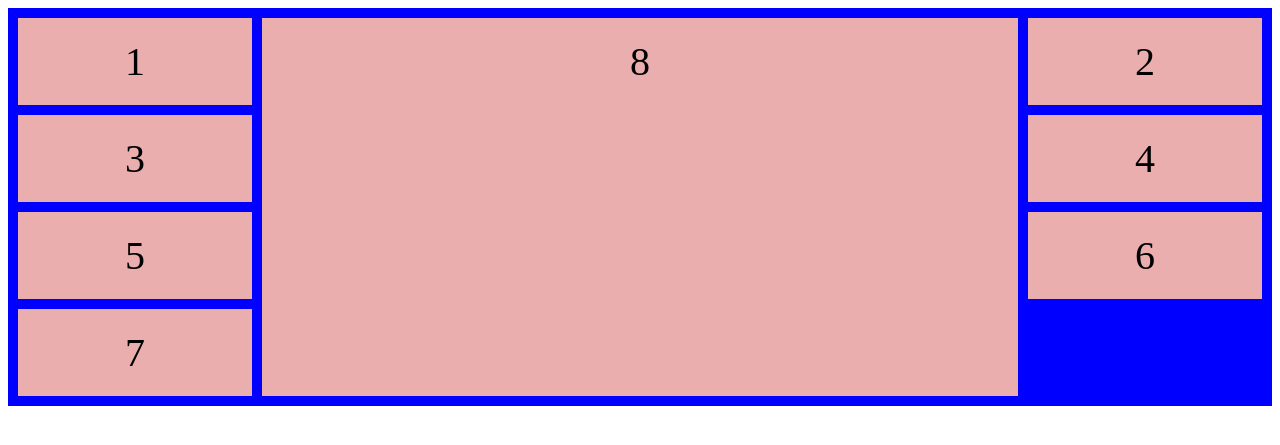
Repository: Thonghehe/Lab2_Web106
Page: Buoi2/index24.html
An editor plug-in stored every save of this project. The page is shown before and after the next save, followed by the edit.
The browser window is 1280 px wide. The pictures show the whole page.

Above is the page before, as saved 2024-03-09 17:14:36.

After the next save:
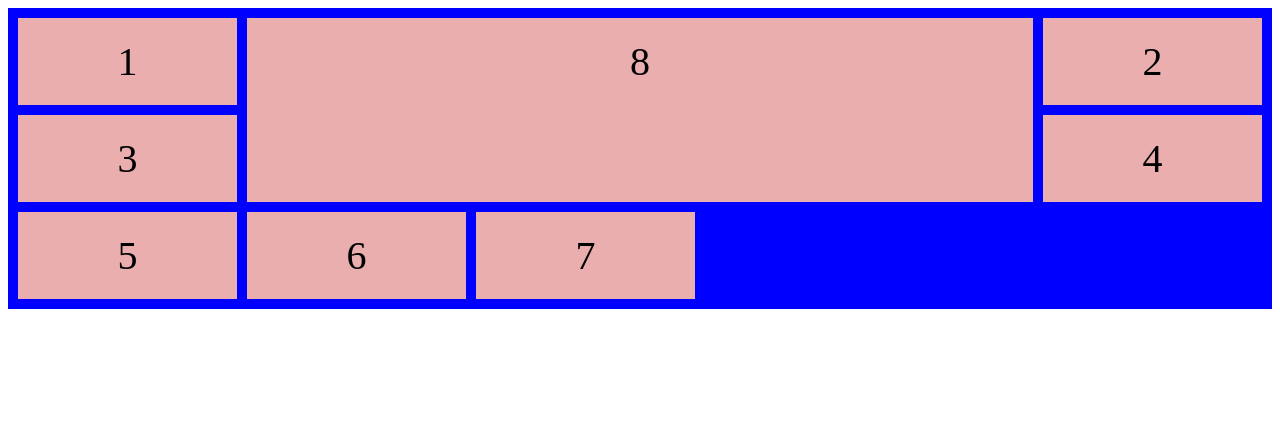
Saved 70 s later.
--- a/Buoi2/index24.html
+++ b/Buoi2/index24.html
@@ -22,7 +22,7 @@
         }
 
         .item8 {
-            grid-area: 1 / 2 / 5 / 6;
+            grid-area: 1 / 2 / 3 / 6;
         }
     </style>
 </head>

After the 2 saves that followed:
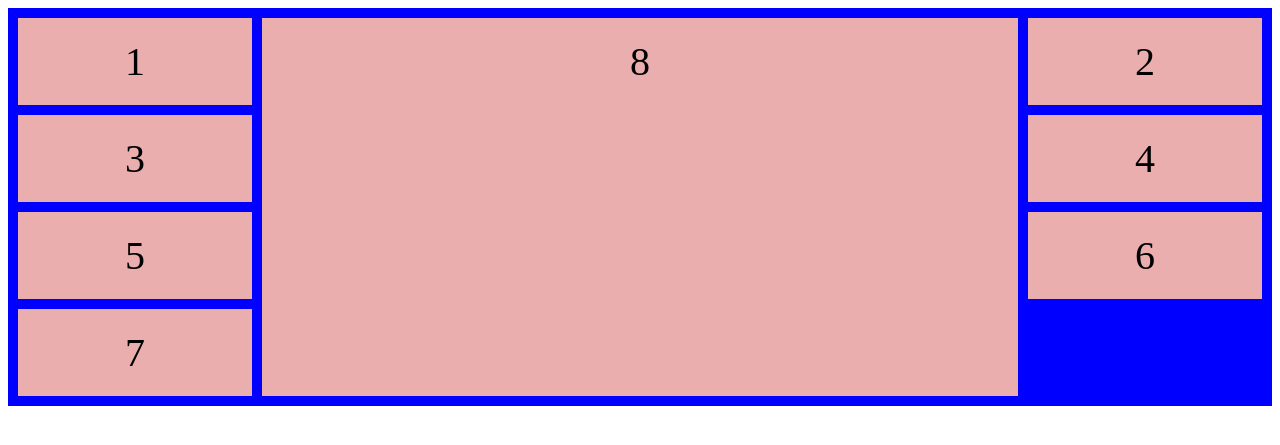
The 2 saves are shown as one change because they came seconds apart.
The last was saved 8 s later.
--- a/Buoi2/index24.html
+++ b/Buoi2/index24.html
@@ -22,7 +22,7 @@
         }
 
         .item8 {
-            grid-area: 1 / 2 / 3 / 6;
+            grid-area: 1 / 2 / 5 / 6;
         }
     </style>
 </head>
